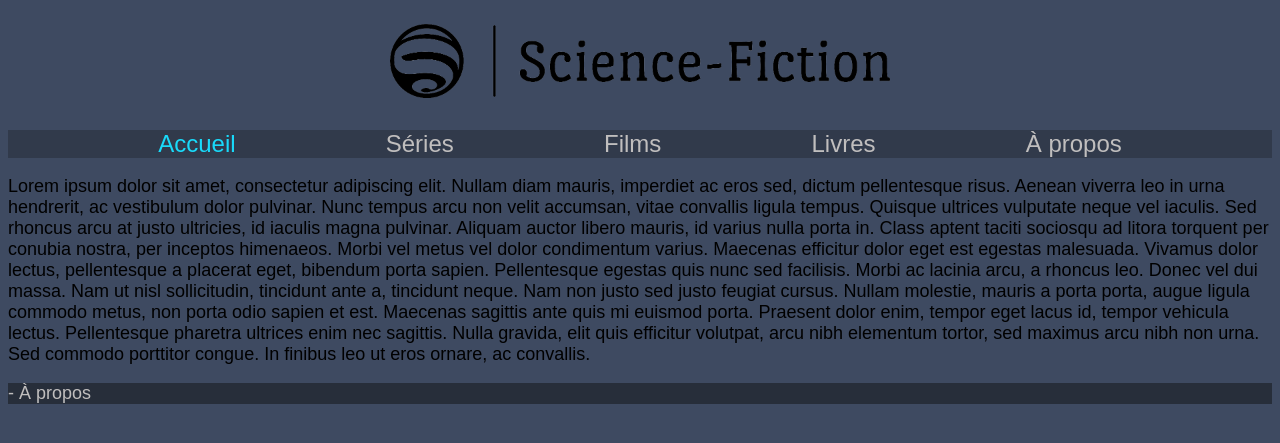
Repository: Emalios/Projet-Web
Page: index.html
The author's editor kept a copy of each file at every save. The page is drawn from the files as they stood at one save, then again after the next save.
The browser window is 1280 px wide. The pictures show the whole page.

Above is the page before, as saved 2020-11-11 17:53:17.

After the next save:
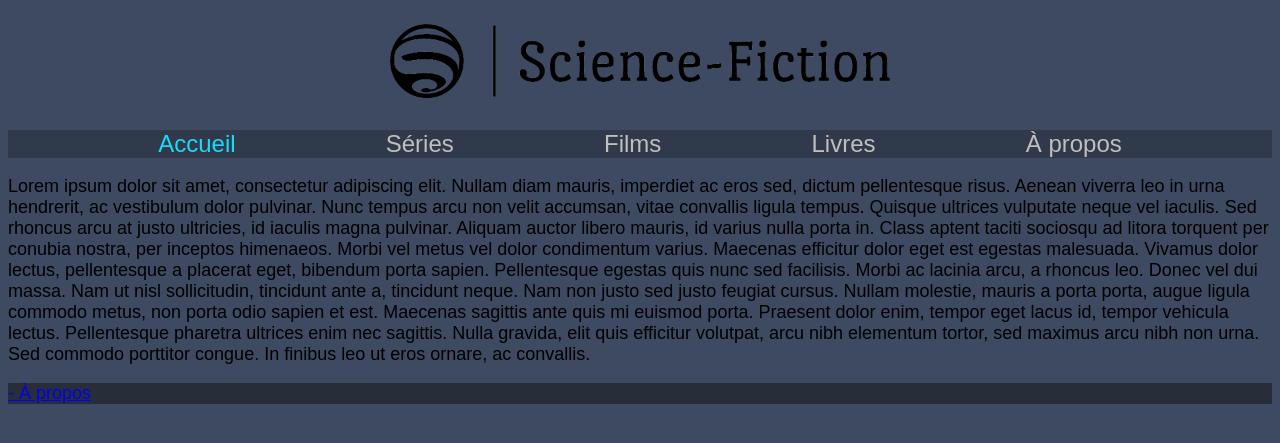
Saved 12 s later.
--- a/index.html
+++ b/index.html
@@ -30,7 +30,7 @@
       enim
       nec sagittis. Nulla gravida, elit quis efficitur volutpat, arcu nibh elementum tortor, sed maximus arcu nibh non urna. Sed commodo porttitor congue. In finibus leo ut eros ornare, ac convallis.</p>
   </main>
-  <footer><a href="html/a-propos.html" class="nav-link">- À propos</a></footer>
+  <footer><a href="html/a-propos.html" class="footer-link">- À propos</a></footer>
 </body>
 
 

After the save that followed:
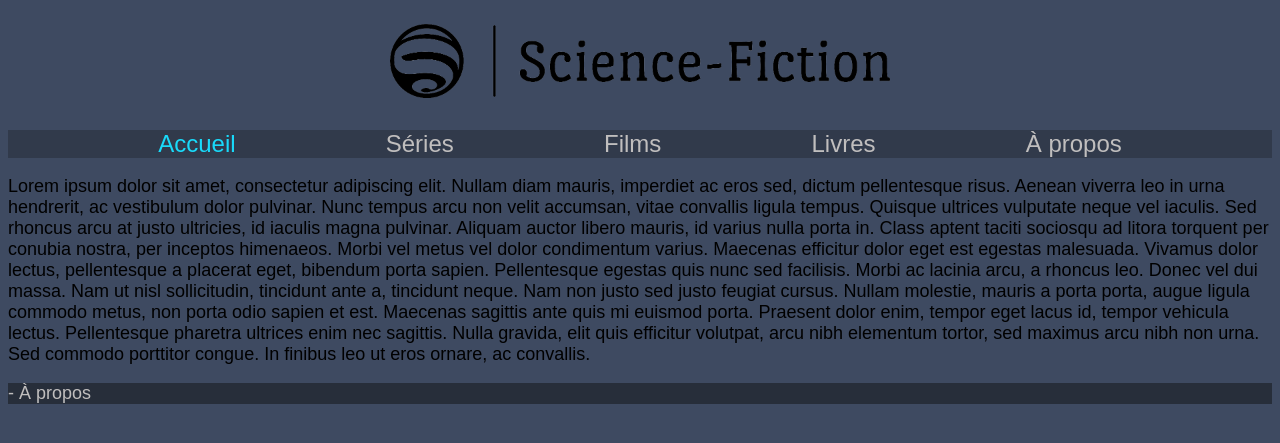
Saved 12 s later.
--- a/css/common.css
+++ b/css/common.css
@@ -26,7 +26,7 @@
   background-color: #313a4b;
 }
 
-.nav-link {
+.nav-link, .footer-link {
   text-decoration: none;
   color: #c0bebe;
 }
